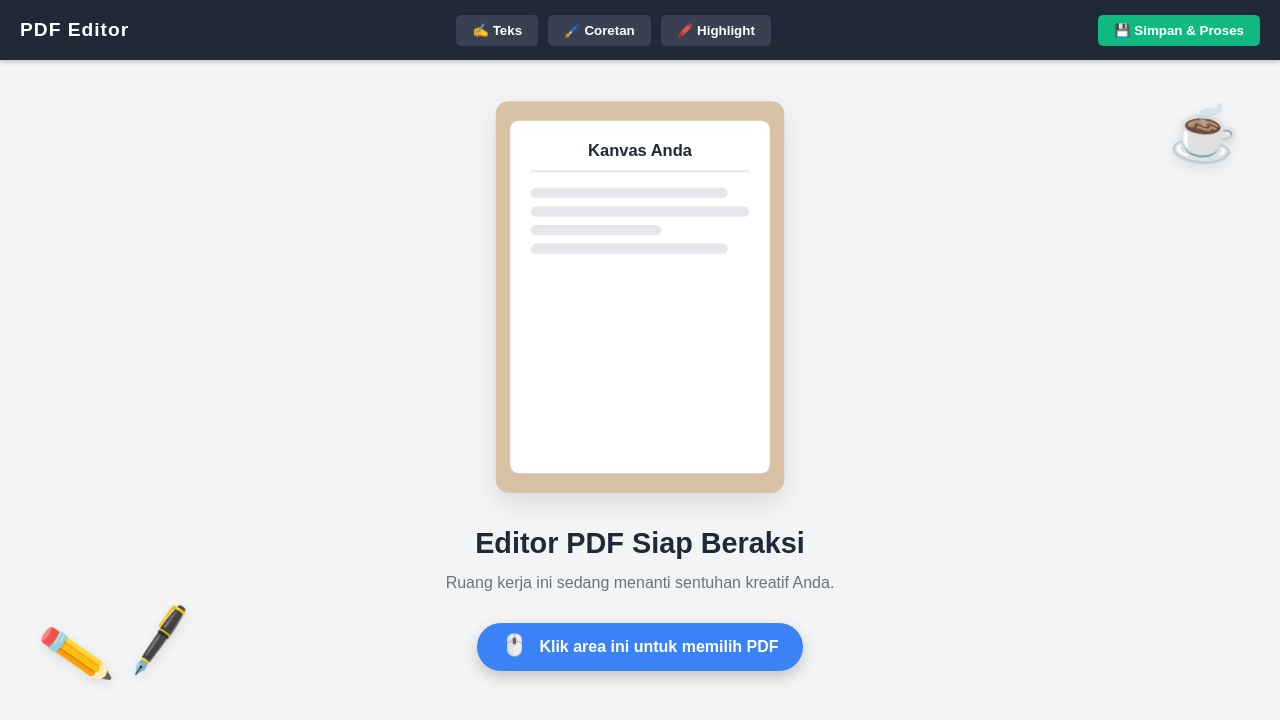
Repository: IkhsanMoekhtar/pdf_editor
Page: /
An editor plug-in stored every save of this project. The page is shown before and after the next save, followed by the edit.
The browser window is 1280 px wide. The pictures show the whole page.
The pointer rests on the first visible `.empty-state.desktop-scene`.
The project was rebuilt for these pictures with package versions that can differ from the ones it lists, and the page was loaded fresh each time. Also part of the build but not shown: vite.config.js.

Above is the page before, as saved 2026-03-18 04:53:51.

After the next save:
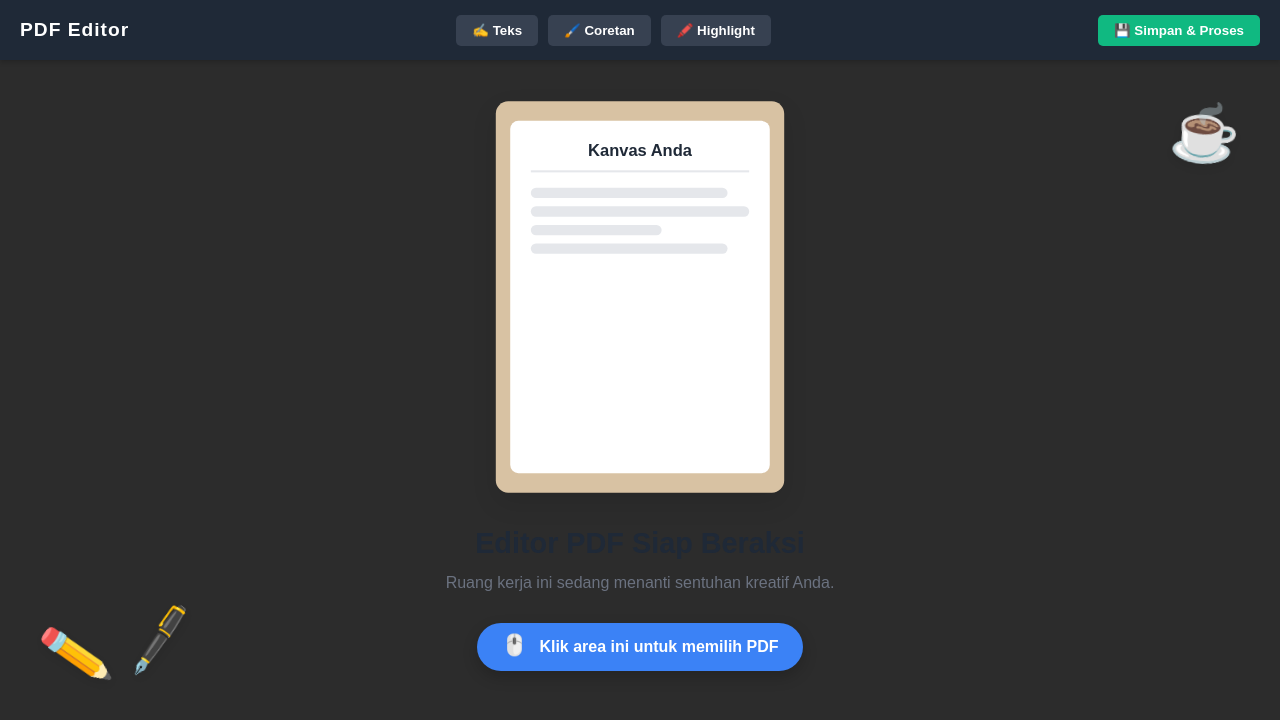
Saved 110 s later.
--- a/src/App.css
+++ b/src/App.css
@@ -74,7 +74,7 @@
 
 /* Sedikit penggelapan latar belakang saat area disorot mouse */
 .empty-state.desktop-scene:hover {
-  background-color: #f3f4f6;
+  background-color: #2c2c2c;
 }
 
 .clipboard {
